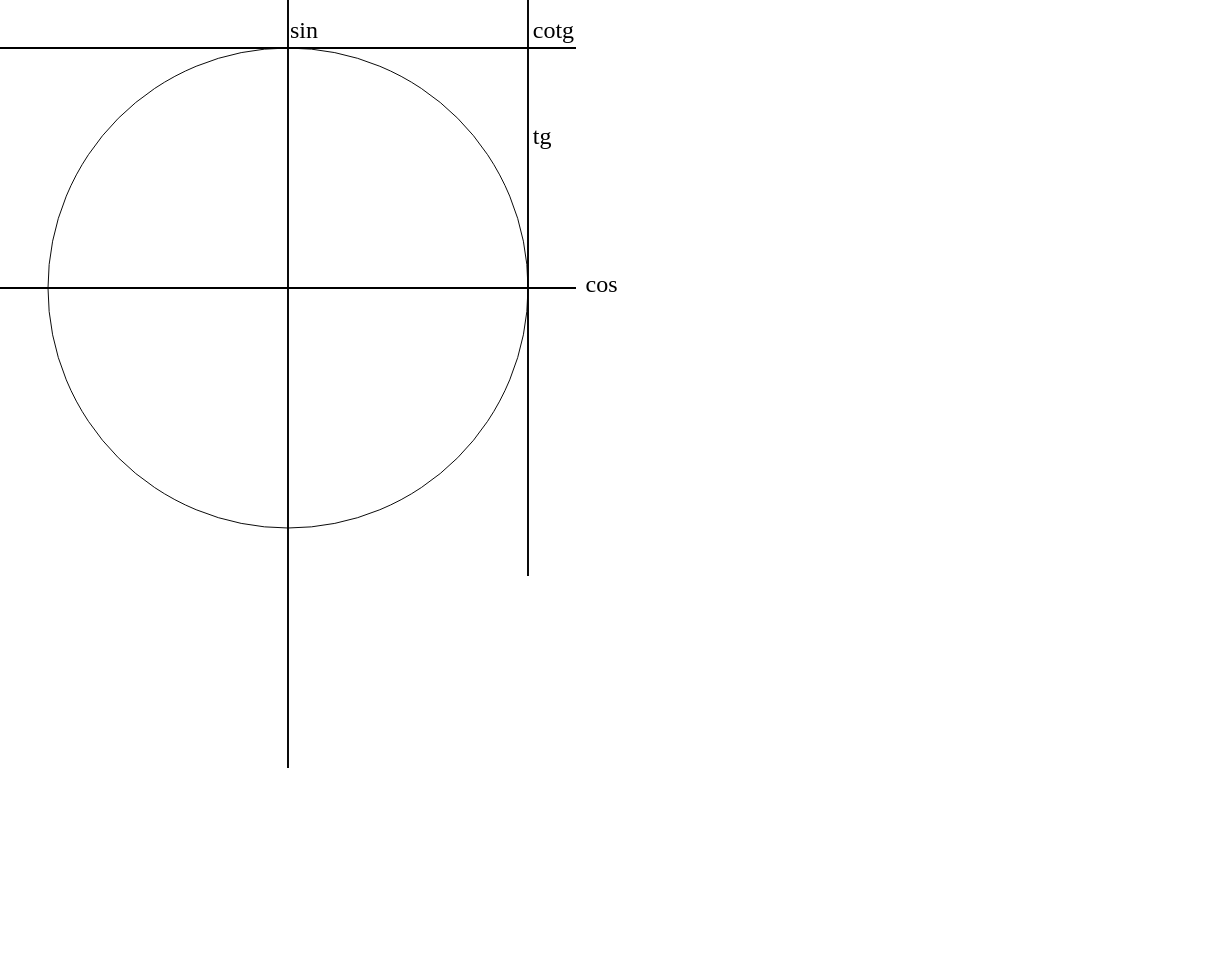
Repository: BraynStorm/braynstorm.github.io
Page: http://localhost/
An editor plug-in stored every save of this project. The page is shown before and after the next save, followed by the edit.
The browser window is 1280 px wide. The pictures show the whole page, at 96% of full size.
The page is run by PHP 8.4 with error messages shown; the project is at /var/www/html/.

Above is the page before, as saved 2015-02-23 17:49:58.

### JSDrawing/index.php
<!DOCTYPE html>
<html>
	<head>
		<meta charset="UTF-8">
		<title>Insert title here</title>
		<link rel="stylesheet" type="text/css" href="main.css"/>
		<script type="text/javascript" src="js/jquery-2.1.3.min.js"></script>
		<script type="text/javascript" src="js/swgDrawing.js"></script>

	</head>
	<body>
		<div id="content">
		<svg width="1000" height="1000">
			<circle id="mainCircle" cx="300" cy="300" r="250" fill="none" stroke="black" />
			<line x1="300" y1="0" x2="300" y2="800" style="stroke:rgb(0,0,0);stroke-width:2;" id="sinLine" />
			<line x1="0" y1="300" x2="600" y2="300" style="stroke:rgb(0,0,0);stroke-width:2;" id="cosLine" />

			<line x1="550" y1="0" x2="550" y2="600" style="stroke:rgb(0,0,0);stroke-width:2;" id="tgLine" />
			<line x1="0" y1="50" x2="600" y2="50" style="stroke:rgb(0,0,0);stroke-width:2;" id="cotgLine" />

			<text x="610" y="304" style="font-size:25px;">cos</text>
			<text x="302" y="40" style="font-size:25px;">sin</text>
			<text x="555" y="150" style="font-size:25px;">tg</text>
			<text x="555" y="40" style="font-size:25px;">cotg</text>
		</svg>
		</div>
	</body>
</html>

### JSDrawing/main.css
@CHARSET "UTF-8";

body{
	background-color: #;
	padding: 0;
	margin: 0;
}

svg{
	margin-top: 0px;
}

Loaded but not shown: JSDrawing/js/jquery-2.1.3.min.js (library); JSDrawing/js/swgDrawing.js (no copy from this time; the picture is the same without it)

After the next save:
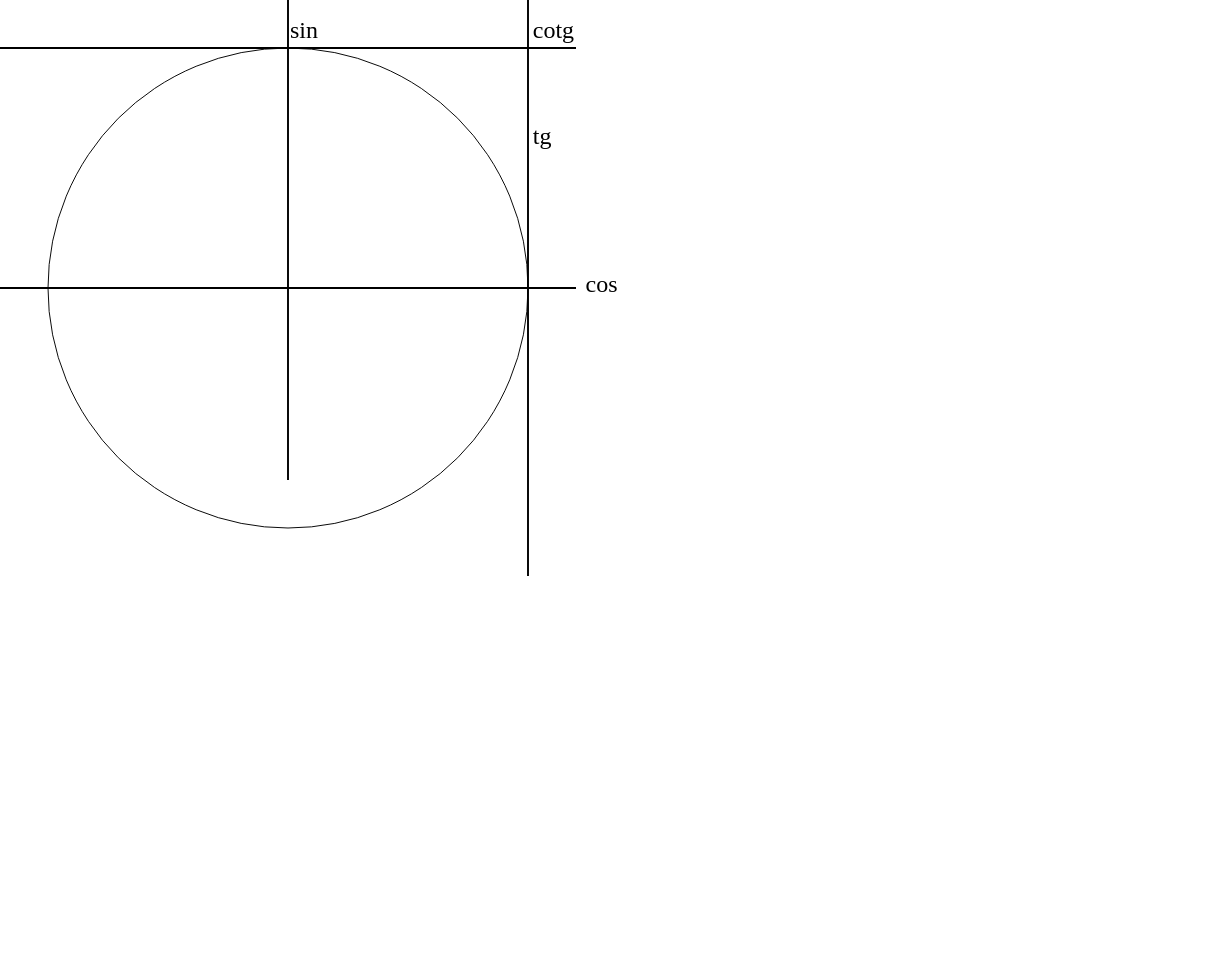
Saved 22 s later.
--- a/JSDrawing/index.php
+++ b/JSDrawing/index.php
@@ -12,7 +12,7 @@
 		<div id="content">
 		<svg width="1000" height="1000">
 			<circle id="mainCircle" cx="300" cy="300" r="250" fill="none" stroke="black" />
-			<line x1="300" y1="0" x2="300" y2="800" style="stroke:rgb(0,0,0);stroke-width:2;" id="sinLine" />
+			<line x1="300" y1="0" x2="300" y2="500" style="stroke:rgb(0,0,0);stroke-width:2;" id="sinLine" />
 			<line x1="0" y1="300" x2="600" y2="300" style="stroke:rgb(0,0,0);stroke-width:2;" id="cosLine" />
 
 			<line x1="550" y1="0" x2="550" y2="600" style="stroke:rgb(0,0,0);stroke-width:2;" id="tgLine" />
